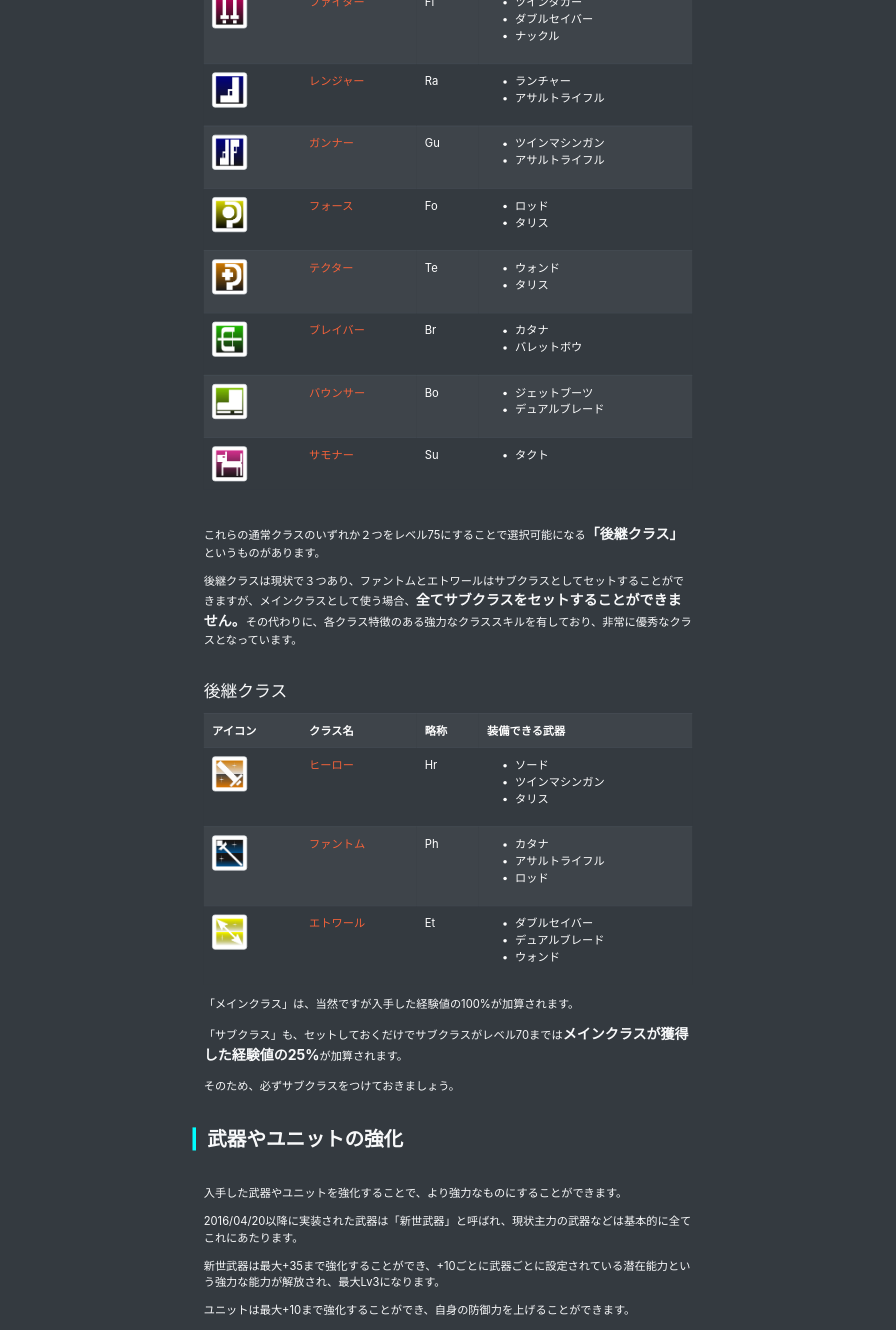
Repository: milkyahonpo/Website_source
Page: docs/capture.html
The author's editor kept a copy of each file at every save. The page is drawn from the files as they stood at one save, then again after a run of saves.
The browser window is 1280 px wide. The pictures show the part of the page from y = 1471 to 3371 px (the page is 10683 px tall before and 10667 px after), at 70% of full size.
Pictures or frames that could not be fetched are drawn as grey boxes. Some web libraries are served in a nearby version.

Above is the page before, as saved 2020-02-03 10:06:19.

After the next 2 saves:
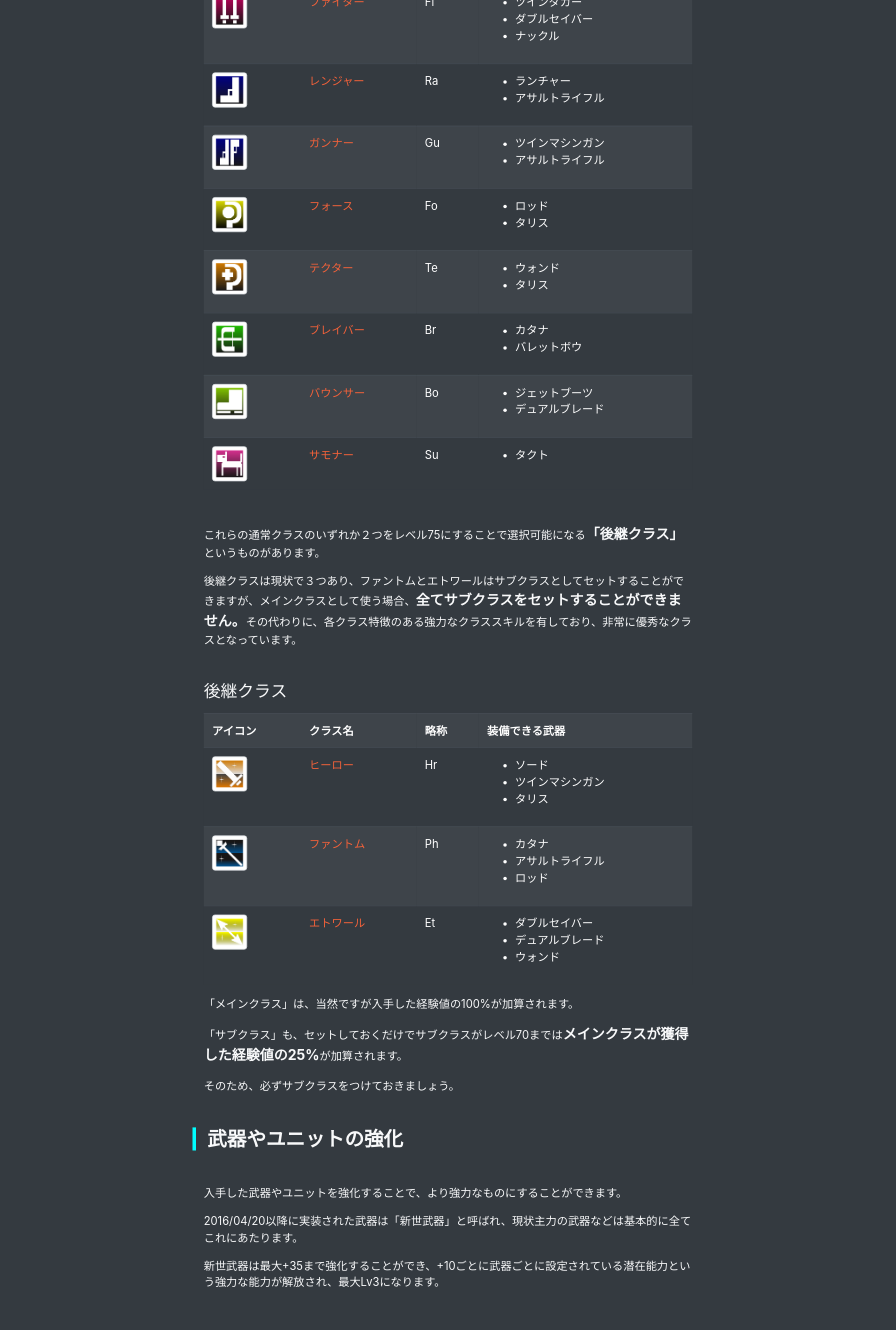
The 2 saves are shown as one change because they came seconds apart.
The last was saved 37 s later.
--- a/docs/capture.html
+++ b/docs/capture.html
@@ -113,11 +113,12 @@
             <p>入手した武器やユニットを強化することで、より強力なものにすることができます。</p>
             <p>2016/04/20以降に実装された武器は「新世武器」と呼ばれ、現状主力の武器などは基本的に全てこれにあたります。</p>
             <p>新世武器は最大+35まで強化することができ、+10ごとに武器ごとに設定されている潜在能力という強力な能力が解放され、最大Lv3になります。</p>
-            <p>ユニットは最大+10まで強化することができ、自身の防御力を上げることができます。</p>
             <div class="movie-box">
               <iframe width="560" height="315" src="https://www.youtube-nocookie.com/embed/dSWcW5Sa8bw" frameborder="0" allow="accelerometer; autoplay; encrypted-media; gyroscope; picture-in-picture" allowfullscreen></iframe>
               <iframe width="560" height="315" src="https://www.youtube-nocookie.com/embed/HepugsvGa0Y" frameborder="0" allow="accelerometer; autoplay; encrypted-media; gyroscope; picture-in-picture" allowfullscreen></iframe>
             </div>
+            <p>ユニットは最大+10まで強化することができ、自身の防御力を上げることができます。</p>
+            <p></p>
           </div>
           <h3 class="my-5 pl-3"><strong class="font-weight-bold"><abbr title="特殊能力(DL先のファイルに詳細)">OP</abbr>・<abbr title="S級特殊能力(DL先のファイルに詳細)">SOP</abbr>付け</strong></h3>
           <div class="px-3">
